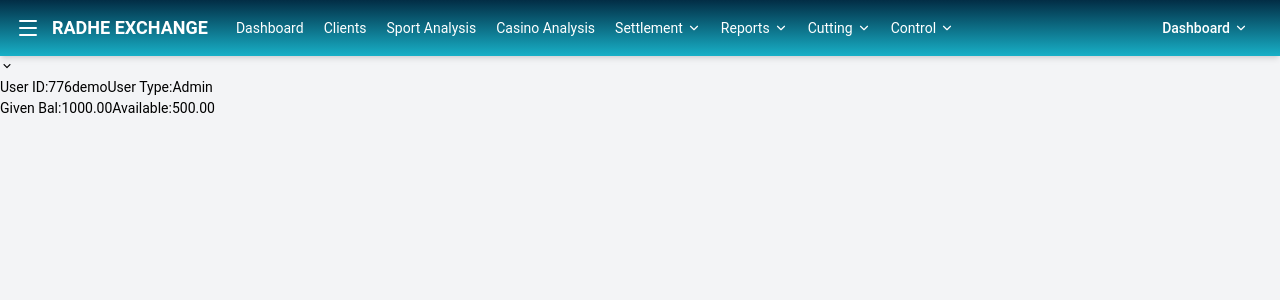
Repository: Habeebur1493/Radhe-Exchange
Page: /dashboard (app in frontend/)
An editor plug-in stored every save of this project. The page is shown before and after a run of saves, followed by the edit.
The browser window is 1280 px wide. The pictures show the whole page.
Some web libraries are served in a nearby version. The project was rebuilt for these pictures with package versions that can differ from the ones it lists, and the page was loaded fresh each time. Also part of the build but not shown: frontend/vite.config.js, frontend/src/components/login.jsx, frontend/src/components/Register.jsx.

Above is the page before, as saved 2025-03-03 18:21:39.

### frontend/index.html
<!doctype html>
<html lang="en">
  <head>
    <meta charset="UTF-8" />
    <link rel="icon" type="image/svg+xml" href="/vite.svg" />
    <meta name="viewport" content="width=device-width, initial-scale=1.0" />
    <link
    href="https://cdn.jsdelivr.net/npm/remixicon@4.5.0/fonts/remixicon.css"
    rel="stylesheet"
/>
    <title>Radheexch | Admin</title>

  </head>
  <body>
    <div id="root"></div>
    <script type="module" src="/src/main.jsx"></script>
  </body>
</html>

### frontend/src/App.jsx
import React from "react";
import "./App.css";
import { Navigate, Routes, Route } from "react-router-dom";
import Login from "./components/login";
import Register from "./components/Register";
import Dashboard from "./components/dashboard";

const App = () => {
  return (
    <div>
      <Routes>
        <Route path="/" element={<Navigate to="/login" />} />
        <Route path="/login" element={<Login />} />
        <Route path="/register" element={<Register />} />
        <Route path="/dashboard" element={<Dashboard />} />
      </Routes>
    </div>
  );
};

export default App;

### frontend/src/App.css
@import "tailwindcss";

@import url('https://fonts.googleapis.com/css2?family=Roboto:ital,wght@0,100..900;1,100..900&display=swap');

:root {
    --primary-background: linear-gradient(#022d45, #18b0c7);
    --secondary-background: linear-gradient(#5dcbde, #075366);
    --tertiary-background: linear-gradient(#007182, #4ab4c7);
}

.main{
    background: var(--primary-background);
    font-family: "Roboto", sans-serif;
}

.btn{
    background: var(--secondary-background);
    font-family: "Roboto", sans-serif;
}

nav{
    background: var(--primary-background);
    font-family: "Roboto", sans-serif;
    font-size: 14px;
}
.dashboard{
    font-family: "Roboto", sans-serif;
    font-size: 14px;
}

.sidebar{
    background: var(--tertiary-background);
    font-family: "Roboto", sans-serif;
    font-size: 14px;
}

### frontend/src/components/dashboard.jsx
import React, { useState } from "react";
import { Menu, ChevronDown } from "lucide-react";

const Dashboard = () => {
  const [sidebarOpen, setSidebarOpen] = useState(false);
  const [isDropdownOpen, setIsDropdownOpen] = useState(false);

  return (
    <div className="dashboard min-h-screen bg-gray-100 overflow-x-hidden">
      {/* Navbar */}
      <nav className="bg-[--primary-background] text-white flex items-center h-14 px-4 shadow-md">
        {/* Left Section: Logo & Menu Button */}
        <div className="flex items-center space-x-3">
          <button
            onClick={() => setSidebarOpen(!sidebarOpen)}
            className="text-white"
          >
            <Menu size={24} />
          </button>
          <h1 className="text-lg font-bold">RADHE EXCHANGE</h1>
        </div>

        {/* Navbar Links (Now Closer to H1) */}
        <div className="ml-6 flex items-center">
          <ul className="hidden md:flex space-x-3">
            {["Dashboard", "Clients", "Sport Analysis", "Casino Analysis"].map(
              (item) => (
                <li key={item}>
                  <a
                    href="#"
                    className="h-14 flex items-center px-1 hover:bg-[#18b0c7] transition-all duration-200 ease-in-out"
                  >
                    {item}
                  </a>
                </li>
              )
            )}

            {/* Dropdown Menus */}
            {["Settlement"].map((item) => (
              <li key={item} className="relative group">
                <button className="h-14 flex items-center px-1 hover:bg-[#18b0c7] transition-all duration-200 ease-in-out">
                  {item}
                  <ChevronDown size={14} className="ml-1" />
                </button>

                {/* Dropdown - Show on Hover */}
                <div className="absolute left-0 mt-0 w-40 bg-[#16a2ba] text-white opacity-0 group-hover:opacity-100 group-hover:block transition-all duration-200 ease-in-out">
                  <a
                    href="#"
                    className="block px-4 py-2 hover:bg-[#107a8d] border-b-1 border-gray-500"
                  >
                    User
                  </a>
                  <a href="#" className="block px-4 py-2 hover:bg-[#107a8d]">
                    Master
                  </a>
                </div>
              </li>
            ))}
            {/* Dropdown Menus */}
            {["Reports"].map((item) => (
              <li key={item} className="relative group">
                <button className="h-14 flex items-center px-1 hover:bg-[#18b0c7] transition-all duration-200 ease-in-out">
                  {item}
                  <ChevronDown size={14} className="ml-1" />
                </button>

                {/* Dropdown - Show on Hover */}
                <div className="absolute left-0 mt-0 w-40  bg-[#16a2ba] text-white opacity-0 group-hover:opacity-100 group-hover:block transition-all duration-200 ease-in-out">
                  <a
                    href="#"
                    className="block px-4 py-2 hover:bg-[#107a8d] border-b-1 border-gray-500"
                  >
                    User Detail
                  </a>
                  <a
                    href="#"
                    className="block px-4 py-2 hover:bg-[#107a8d] border-b-1 border-gray-500"
                  >
                    Account Satatement
                  </a>
                  <a
                    href="#"
                    className="block px-4 py-2 hover:bg-[#107a8d]  border-b-1 border-gray-500"
                  >
                    Settlement/Balance Report
                  </a>
                  <a
                    href="#"
                    className="block px-4 py-2 hover:bg-[#107a8d]  border-b-1 border-gray-500"
                  >
                    Transaction Report
                  </a>
                  <a
                    href="#"
                    className="block px-4 py-2 hover:bg-[#107a8d]  border-b-1 border-gray-500"
                  >
                    Current Bets
                  </a>
                  <a
                    href="#"
                    className="block px-4 py-2 hover:bg-[#107a8d]  border-b-1 border-gray-500"
                  >
                    Profit & Loss Report
                  </a>
                  <a
                    href="#"
                    className="block px-4 py-2 hover:bg-[#107a8d]  border-b-1 border-gray-500"
                  >
                    Event Profit & Loss Report
                  </a>
                  <a
                    href="#"
                    className="block px-4 py-2 hover:bg-[#107a8d]  border-b-1 border-gray-500"
                  >
                    Bet History
                  </a>
                  <a
                    href="#"
                    className="block px-4 py-2 hover:bg-[#107a8d]  border-b-1 border-gray-500"
                  >
                    Live Bets
                  </a>
                  <a
                    href="#"
                    className="block px-4 py-2 hover:bg-[#107a8d] border-b-1 border-gray-500"
                  >
                    Sports Revenue
                  </a>
                  <a
                    href="#"
                    className="block px-4 py-2 hover:bg-opacity-50  border-b-1 border-gray-500"
                  >
                    IP lookup
                  </a>
                </div>
              </li>
            ))}
            {/* Dropdown Menus */}
            {["Cutting"].map((item) => (
              <li key={item} className="relative group">
                <button className="h-14 flex items-center px-1 hover:bg-[#18b0c7] transition-all duration-200 ease-in-out">
                  {item}
                  <ChevronDown size={14} className="ml-1" />
                </button>

                {/* Dropdown - Show on Hover */}
                <div className="absolute left-0 mt-0 w-40  bg-[#16a2ba] text-white opacity-0 group-hover:opacity-100 group-hover:block transition-all duration-200 ease-in-out">
                  <a
                    href="#"
                    className="block px-4 py-2 hover:bg-[#107a8d]  border-b-1 border-gray-500"
                  >
                    Agent Master
                  </a>
                  <a href="#" className="block px-4 py-2 hover:bg-[#107a8d]">
                    Cutting History
                  </a>
                </div>
              </li>
            ))}
            {/* Dropdown Menus */}
            {["Control"].map((item) => (
              <li key={item} className="relative group">
                <button className="h-14 flex items-center px-1 hover:bg-[#18b0c7] transition-all duration-200 ease-in-out">
                  {item}
                  <ChevronDown size={14} className="ml-1" />
                </button>

                {/* Dropdown - Show on Hover */}
                <div className="absolute left-0 mt-1 w-40  bg-[#16a2ba] text-white opacity-0 group-hover:opacity-100 group-hover:block transition-all duration-200 ease-in-out">
                  <a
                    href="#"
                    className="block px-4 py-2 hover:bg-[#107a8d]  border-b-1 border-gray-500"
                  >
                    Game
                  </a>
                  <a href="#" className="block px-4 py-2 hover:bg-[#107a8d]">
                    Casino
                  </a>
                </div>
              </li>
            ))}
          </ul>
        </div>

        {/* Move Dashboard Dropdown to the Right */}
        <div className="ml-auto">
          <ul className="hidden md:flex text-sm font-medium">
            <li className="relative">
              <button
                onClick={() => setIsDropdownOpen(!isDropdownOpen)}
                className="flex items-center space-x-1 focus:outline-none px-4 h-14"
              >
                <span>Dashboard</span>
                <ChevronDown size={14} />
              </button>

              {/* Dropdown Menu - Shows on Click */}
              {isDropdownOpen && (
                <div className="absolute h-20 right-5 w-40 bg-white text-gray-800 shadow-md rounded-md">
                  <a href="#" className="block px-4 py-2 hover:bg-gray-200">
                    Change Password
                  </a>
                  <a href="#" className="block px-4 py-2 hover:bg-gray-200">
                    Log Out
                  </a>
                </div>
              )}
            </li>
          </ul>
        </div>
      </nav>

      {/* Header */}
      <header>
        <div>
          <i class="ri-arrow-down-s-line"></i>
          <div>
            <div>
              <label htmlFor="">
                User ID:<span>776demo</span>
              </label>
              <label htmlFor="">
                User Type:<span>Admin</span>
              </label>
            </div>
            <div>
              <label htmlFor="">
                Given Bal:<span>1000.00</span>
              </label>
              <label htmlFor="">
                Available:<span>500.00</span>
              </label>
            </div>
          </div>
        </div>
      </header>

      {/* Sidebar */}
      {sidebarOpen && (
        <div className="sidebar bg-[--tertiary-background] shadow-lg w-60 h-full absolute top-[56px] left-0 p-2">
          <ul className="space-y-2 text-gray-800">
            {[
              "Dashboard",
              "Clients",
              "Sport Analysis",
              "Casino Analysis",
              "Settlement",
              "Reports",
              "Cutting",
              "Control",
            ].map((item) => (
              <li key={item}>
                <a
                  href="#"
                  className="block hover:bg-gray-200 p-2 rounded transition-all duration-200 ease-in-out"
                >
                  {item}
                </a>
              </li>
            ))}
          </ul>
        </div>
      )}
    </div>
  );
};

export default Dashboard;

Loaded but not shown: frontend/src/main.jsx (common file)

After the next 2 saves:
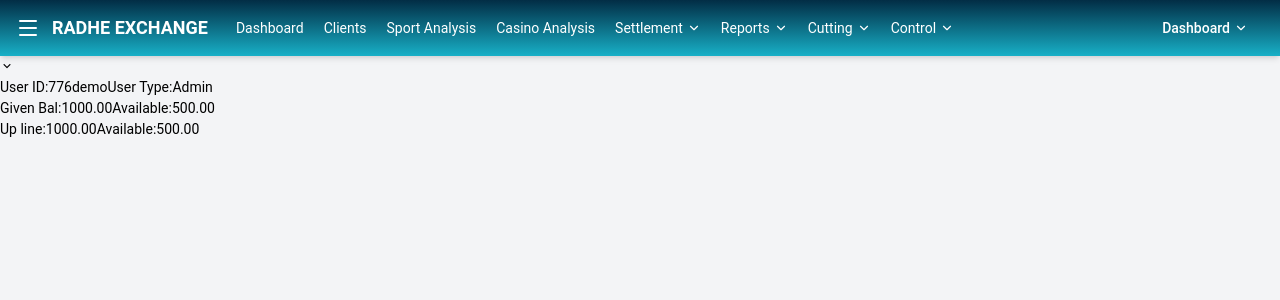
The 2 saves are shown as one change because they came seconds apart.
The last was saved 18 s later.
--- a/frontend/src/components/dashboard.jsx
+++ b/frontend/src/components/dashboard.jsx
@@ -228,6 +228,14 @@ const Dashboard = () => {
             <div>
               <label htmlFor="">
                 Given Bal:<span>1000.00</span>
+              </label>
+              <label htmlFor="">
+                Available:<span>500.00</span>
+              </label>
+            </div>
+            <div>
+              <label htmlFor="">
+                Up line:<span>1000.00</span>
               </label>
               <label htmlFor="">
                 Available:<span>500.00</span>
